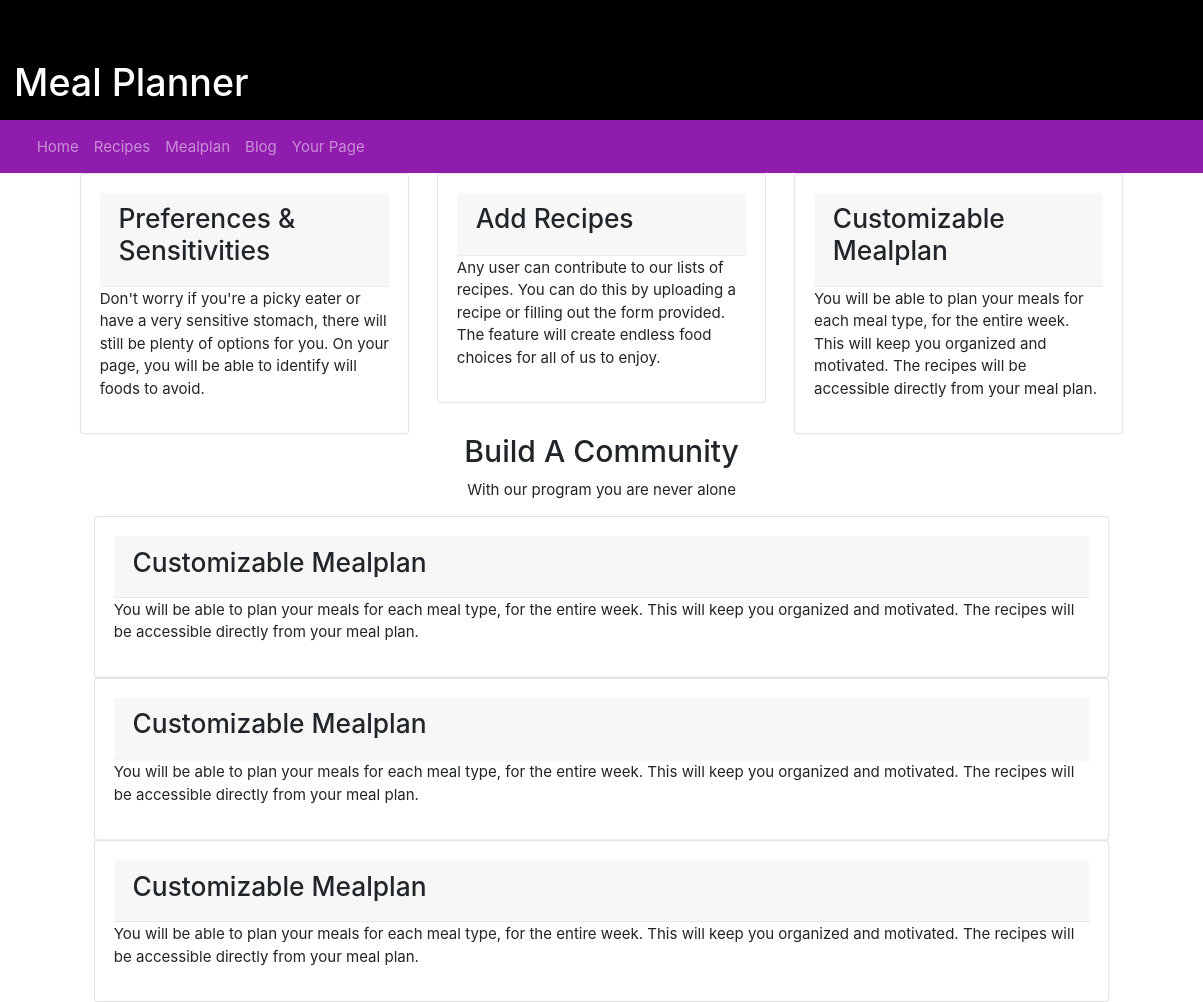
Repository: madisonisfan/mealplanner-react
Page: /home
The author's editor kept a copy of each file at every save. The page is drawn from the files as they stood at one save, then again after the next save.
The browser window is 1280 px wide. The pictures show the whole page, at 94% of full size.
The project was rebuilt for these pictures with package versions that can differ from the ones it lists, and the page was loaded fresh each time.

Above is the page before, as saved 2021-04-18 13:51:51.

### src/App.js
import React, { Component } from "react";
import "./App.css";
import Main from "./components/MainComponent";
import { BrowserRouter } from "react-router-dom";

class App extends Component {
  render() {
    return (
      <BrowserRouter>
        <div className="App">
          <Main />
        </div>
      </BrowserRouter>
    );
  }
}

export default App;

### src/App.css
.jumbotron {
  height: 100px;
  margin: 0px !important;
  background-color: black !important;
  color: white;
}

.navbar {
  background-color: #901cad;
  color: white;
}

### src/components/MainComponent.js
import React, { Component } from "react";
import Home from "./HomeComponent";
import MainHeader from "./HeaderComponent";
import { Switch, Route, Redirect } from "react-router-dom";

class Main extends Component {
  constructor(props) {
    super(props);
    this.state = {};
  }

  render() {
    return (
      <div>
        <MainHeader />
        <Switch>
          <Route path="/home" component={Home} />
          <Redirect to="/home" />
        </Switch>
      </div>
    );
  }
}
export default Main;

### src/components/HomeComponent.js
import React from "react";
import {
  Card,
  CardHeader,
  CardImg,
  CardText,
  CardBody,
  CardTitle,
} from "reactstrap";

function Home(props) {
  return (
    <div className="container">
      <div className="row">
        <div className="col">
          <Card>
            <CardBody>
              <CardHeader>
                <h3>Preferences & Sensitivities</h3>
              </CardHeader>
              <p>
                Don't worry if you're a picky eater or have a very sensitive
                stomach, there will still be plenty of options for you. On your
                page, you will be able to identify will foods to avoid.
              </p>
            </CardBody>
          </Card>
        </div>
        <div className="col">
          <Card>
            <CardBody>
              <CardHeader>
                <h3>Add Recipes</h3>
              </CardHeader>
              <p>
                Any user can contribute to our lists of recipes. You can do this
                by uploading a recipe or filling out the form provided. The
                feature will create endless food choices for all of us to enjoy.
              </p>
            </CardBody>
          </Card>
        </div>
        <div className="col">
          <Card>
            <CardBody>
              <CardHeader>
                <h3>Customizable Mealplan</h3>
              </CardHeader>
              <p>
                You will be able to plan your meals for each meal type, for the
                entire week. This will keep you organized and motivated. The
                recipes will be accessible directly from your meal plan.
              </p>
            </CardBody>
          </Card>
        </div>

        <div className="col-12 text-center">
          <h2>Build A Community</h2>
          <p>With our program you are never alone</p>
        </div>
      </div>

      <div className="col">
        <Card>
          <CardBody>
            <CardHeader>
              <h3>Customizable Mealplan</h3>
            </CardHeader>
            <p>
              You will be able to plan your meals for each meal type, for the
              entire week. This will keep you organized and motivated. The
              recipes will be accessible directly from your meal plan.
            </p>
          </CardBody>
        </Card>
      </div>
      <div className="col">
        <Card>
          <CardBody>
            <CardHeader>
              <h3>Customizable Mealplan</h3>
            </CardHeader>
            <p>
              You will be able to plan your meals for each meal type, for the
              entire week. This will keep you organized and motivated. The
              recipes will be accessible directly from your meal plan.
            </p>
          </CardBody>
        </Card>
      </div>
      <div className="col">
        <Card>
          <CardBody>
            <CardHeader>
              <h3>Customizable Mealplan</h3>
            </CardHeader>
            <p>
              You will be able to plan your meals for each meal type, for the
              entire week. This will keep you organized and motivated. The
              recipes will be accessible directly from your meal plan.
            </p>
          </CardBody>
        </Card>
      </div>
      {/*row*/}
    </div> //container
  );
}

export default Home;

### src/components/HeaderComponent.js
import React, { Component } from "react";
import {
  Jumbotron,
  Navbar,
  NavbarBrand,
  NavItem,
  NavLink,
  NavbarToggler,
  Collapse,
  Nav,
} from "reactstrap";

function MainHeader(props) {
  return (
    <React.Fragment>
      <Jumbotron fluid>
        <div className="container-fluid">
          <div className="row  align-items-center">
            <div className="col">
              <h1>Meal Planner</h1>
            </div>
          </div>
        </div>
      </Jumbotron>
      <MainNav />
    </React.Fragment>
  );
}

class MainNav extends Component {
  constructor(props) {
    super(props);
    this.state = {
      isNavOpen: true,
    };
  }
  toggleNav() {
    this.setState({ isNavOpen: !this.state.isNavOpen });
  }

  render() {
    return (
      <Navbar dark sticky="top" expand="md">
        <div className="container-fluid">
          <NavbarToggler isClick={this.toggleNav}></NavbarToggler>
          <Collapse isOpen={this.state.isNavOpen} navbar>
            <Nav navbar>
              <NavItem>
                <NavLink className="nav-link" to="/home">
                  Home
                </NavLink>
              </NavItem>
              <NavItem>
                <NavLink className="nav-link" to="/recipes">
                  Recipes
                </NavLink>
              </NavItem>
              <NavItem>
                <NavLink className="nav-link" to="/mealplan">
                  Mealplan
                </NavLink>
              </NavItem>
              <NavItem>
                <NavLink className="nav-link" to="/blog">
                  Blog
                </NavLink>
              </NavItem>
              <NavItem>
                <NavLink className="nav-link" to="/yourpage">
                  Your Page
                </NavLink>
              </NavItem>
            </Nav>
          </Collapse>
        </div>
      </Navbar>
    );
  }
}

export default MainHeader;

Loaded but not shown: public/index.html (common file); src/index.js (common file); src/index.css (common file); src/reportWebVitals.js (common file)

After the next save:
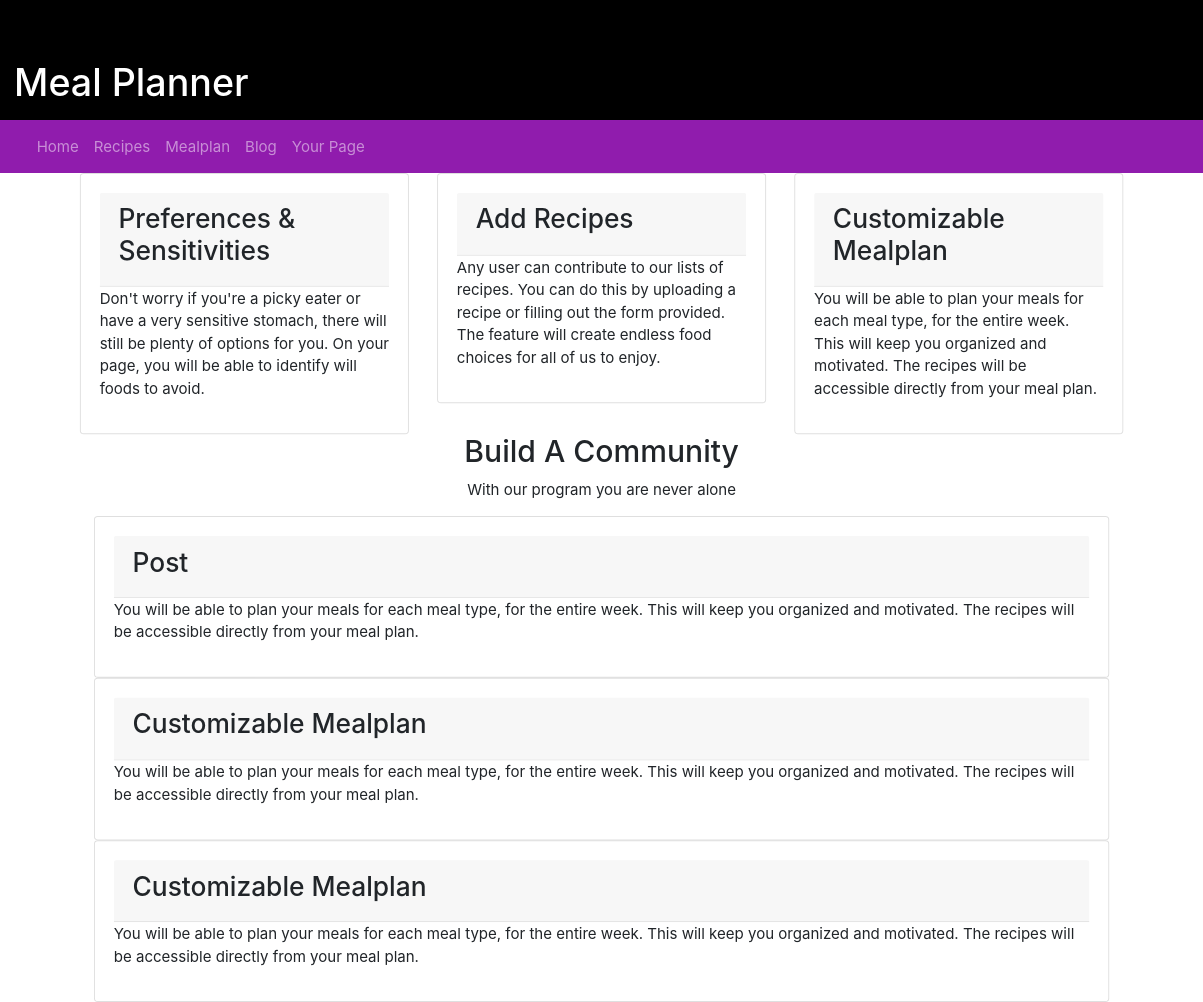
Saved 8 s later.
--- a/src/components/HomeComponent.js
+++ b/src/components/HomeComponent.js
@@ -65,7 +65,7 @@
         <Card>
           <CardBody>
             <CardHeader>
-              <h3>Customizable Mealplan</h3>
+              <h3>Post</h3>
             </CardHeader>
             <p>
               You will be able to plan your meals for each meal type, for the
